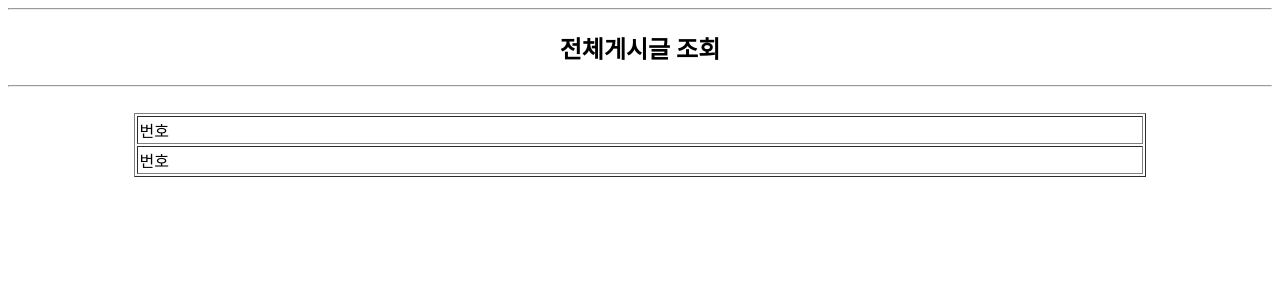
Repository: sunnny10/web-workspace
Page: http://localhost/Mission-Web/jsp/board/list.jsp
The author's editor kept a copy of each file at every save. The page is drawn from the files as they stood at one save, then again after the next save.
The browser window is 1280 px wide. The pictures show the whole page.
The page is served by Tomcat 9. Queries for data that is not in the repository find no rows.

Above is the page before, as saved 2022-06-02 07:38:53.

After the next save:
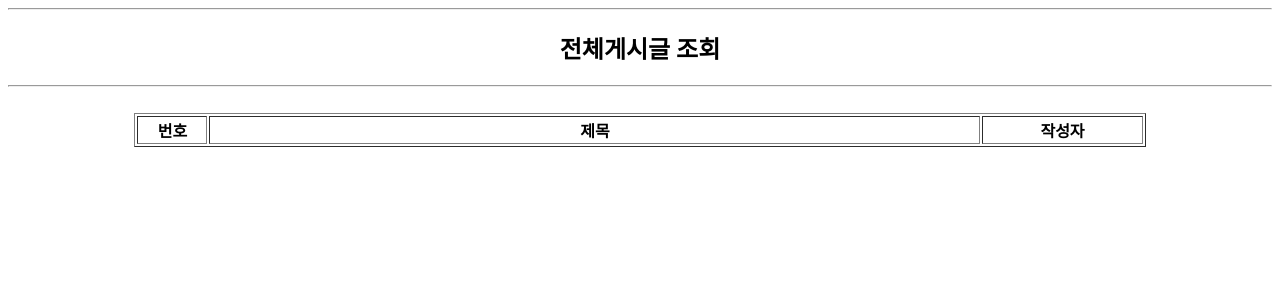
Saved 43 s later.
--- a/Mission-Web/src/main/webapp/jsp/board/list.jsp
+++ b/Mission-Web/src/main/webapp/jsp/board/list.jsp
@@ -36,10 +36,9 @@
 		<br>
 		<table border="1" style="width:80%">
 			<tr>
-				<td width="7%">번호</td>
-			</tr>
-			<tr>
-				<td width="7%">번호</td>
+				<th width="7%">번호</th>
+				<th>제목</th>
+				<th width="16%">작성자</th>
 			</tr>
 		</table>
 	</div>
